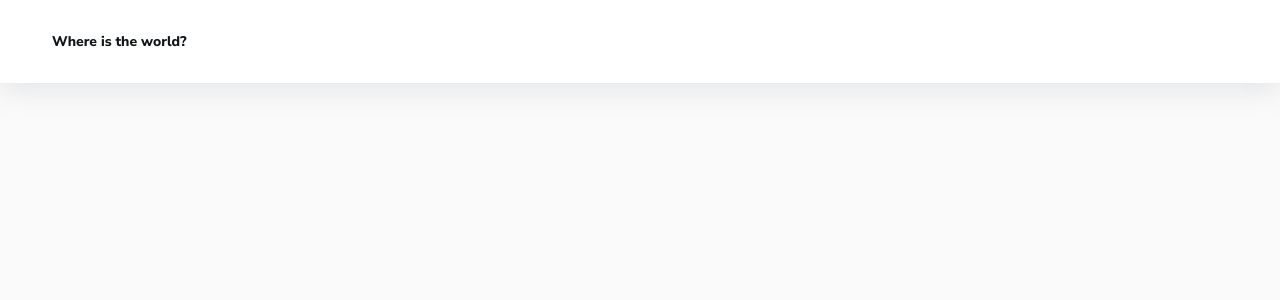
Repository: fdhhhdjd/Web-Flag-Country
Page: /
These files come from the project's save history. The page is drawn as it stood at one moment and after a run of saves; the edit follows.
The browser window is 1280 px wide. The pictures show the whole page.
The project was rebuilt for these pictures with package versions that can differ from the ones it lists, and the page was loaded fresh each time. Also part of the build but not shown: src/App.css.

Above is the page before, as saved 2021-10-17 10:48:59.

### src/App.js
import "./App.css";
import { Switch, Route } from "react-router-dom";
import { Header } from "./import/Index";
function App() {
  return (
    <>
      <Header />
    </>
  );
}

export default App;

### src/import/Index.js
export { default as Header } from "../Pages/Header";

### src/Pages/Header.js
import { useState, useEffect } from "react";
import styled from "styled-components";
import { Link } from "react-router-dom";
import { IoMoon, IoMoonOutline } from "react-icons/io5";
const HeaderEl = styled.header`
  box-shadow: var(--shadow);
  background-color: var(--colors-ui-base);
`;

const Wrapper = styled.div`
  display: flex;
  justify-content: space-between;
  align-items: center;
  padding: 2rem 0;
`;

const Title = styled(Link).attrs({
  to: "/",
})`
  color: var(--colors-text);
  font-size: var(--fs-sm);
  text-decoration: none;
  font-weight: var(--fw-bold);
`;

const ModeSwitcher = styled.div`
  color: var(--colors-text);
  font-size: var(--fs-sm);
  cursor: pointer;
  // font-weight: var(--fw-bold);
  text-transform: capitalize;
`;

const Container = styled.div`
  width: 100%;
  max-width: 1240px;
  margin: 0 auto;
  padding: 0 2rem;
`;

const Header = () => {
  const [theme, setTheme] = useState("light");
  const ToggleTheme = () => {
    setTheme(theme === "light" ? "dark" : "light");
  };
  useEffect(() => {
    document.body.setAttribute("data-theme", theme);
  }, [theme]);
  return (
    <>
      <HeaderEl>
        <Container>
          <Wrapper>
            <Title>Where is the world?</Title>
          </Wrapper>
        </Container>
      </HeaderEl>
    </>
  );
};

export default Header;

Loaded but not shown: public/index.html (common file); src/index.js (common file); src/index.css (common file); src/reportWebVitals.js (common file)

After the next 2 saves:
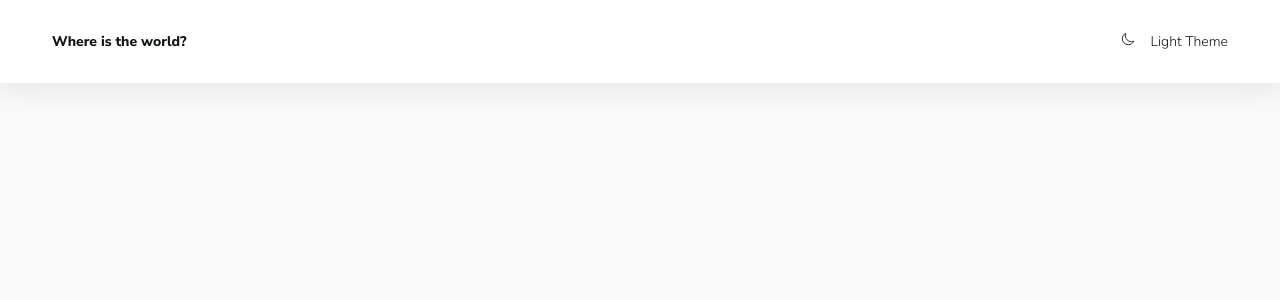
The 2 saves are shown as one change because 1 did not build or start.
The last was saved 15 s later.
--- a/src/Pages/Header.js
+++ b/src/Pages/Header.js
@@ -52,6 +52,14 @@ const Header = () => {
         <Container>
           <Wrapper>
             <Title>Where is the world?</Title>
+            <ModeSwitcher onClick={ToggleTheme}>
+              {theme === "light" ? (
+                <IoMoonOutline size="14px" />
+              ) : (
+                <IoMoon size="14px" />
+              )}{" "}
+              <span style={{ marginLeft: "0.75rem" }}>{theme} Theme</span>
+            </ModeSwitcher>
           </Wrapper>
         </Container>
       </HeaderEl>
